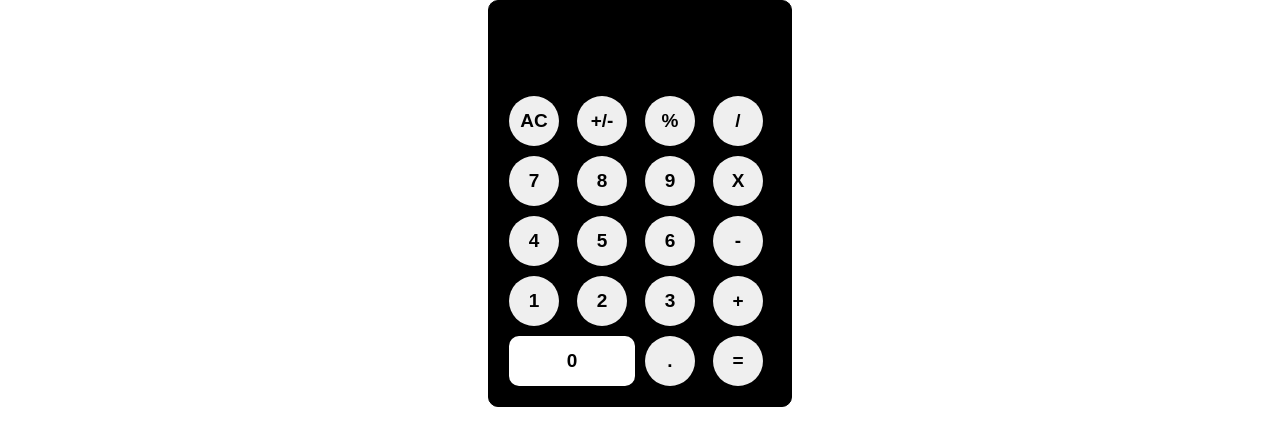
Repository: dmpelaez/calculator
Page: Calculator.html
The author's editor kept a copy of each file at every save. The page is drawn from the files as they stood at one save, then again after the next save.
The browser window is 1280 px wide. The pictures show the whole page.
After loading, the first visible `button.divide` was clicked once.

Above is the page before, as saved 2025-12-15 21:47:55.

### Calculator.html
<!DOCTYPE html>

  <html>
    <head>

      <title>Calculator</title>

      <!--CSS-->
      <link rel="stylesheet" href="Calculator.css">

    </head>
    <body>
      <!--Container-->
      <main class="container">

        <!--Sections-->
        <section class="Section">

          <!--Input section-->
          <input class="inputSection" type="text" disabled>

          <!--Btns section-->
          <div class="btnSection">
            <button class="btn cancel">AC</button>
            <button class="btn signs">+/-</button>
            <button class="btn rmnder">%</button>
            <button class="btn divide" onclick="appendNumber(' / ')">/</button>
            <button class="btn seven" onclick="appendNumber('7')">7</button>
            <button class="btn eight" onclick="appendNumber('8')">8</button>
            <button class="btn nine" onclick="appendNumber('9')">9</button>
            <button class="btn times" onclick="appendNumber(' * ')">X</button>
            <button class="btn four" onclick="appendNumber('4')">4</button>
            <button class="btn five" onclick="appendNumber('5')">5</button>
            <button class="btn six" onclick="appendNumber('6')">6</button>
            <button class="btn minus"  onclick="appendNumber(' - ')">-</button>
            <button class="btn one" onclick="appendNumber('1')">1</button>
            <button class="btn two" onclick="appendNumber('2')">2</button>
            <button class="btn three" onclick="appendNumber('3')">3</button>
            <button class="btn plus"  onclick="appendNumber(' + ')">+</button>
            <button class="btn zero" onclick="appendNumber('0')">0</button>
            <button class="btn dot" onclick="appendNumber(' . ')" >.</button>
            <button class="btn equal" onclick="appendValue()">=</button>
          </div>
        </section>


      </main>

      <script src="Calculator.js"></script>
    </body>

  </html>

### Calculator.css
body {
  margin: 0;
  padding: 0;
  box-sizing: border-box;
  display: flex;
  align-items: center;
  justify-content: center;

}

.Section {
display: flex;
flex-direction: column;
border: 1px solid black;
border-radius: 10px;
gap: 20px;
background: black;
}
.inputSection {
  color: white;
  padding: 20px;
  padding-bottom: 0px;
  display: flex;
  justify-content: end;
  height: 50px;
  align-items: center;
  font-size: 19px;
  font-weight: bold;
  background: transparent;
  border: none;

}
.btnSection {
  display: grid;
  grid-template-columns: 1fr 1fr 1fr 1fr;
  padding: 20px;
  gap: 10px;
  padding-top: 5px;
}
.btn {
  border: none;
  height: 50px;
  width: 50px;
  border-radius: 50%;
  font-weight: bold;
  Font-size: 19px;
  cursor: pointer;
}
.equal {
  grid-column: 4
}
.dot {
  grid-column: 3
}
.zero {
  grid-row: 5;
  grid-column: 1 / 2 span;
  background: white;
  width: auto;
  border-radius: 10px;
}

### Calculator.js

let answer = 0;

let currentInput = '';
let currentOperation = '';
let previousInput = '';


function appendNumber(num) {
  answer += num;


   document.querySelector('.inputSection')
  .value = `${previousInput} ${currentOperation} ${currentInput}`;


  console.log(answer);
  return;
};





document.querySelector('.cancel')
.addEventListener('click', () => {

  document.querySelector('.inputSection')
  .value = '';

})

After the next save:
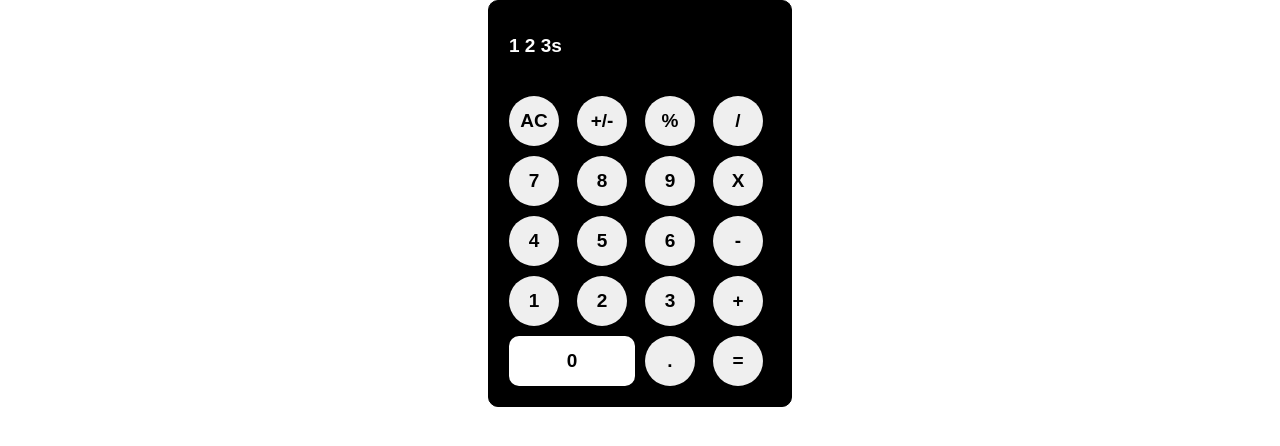
Saved 24 s later.
--- a/Calculator.js
+++ b/Calculator.js
@@ -1,9 +1,9 @@
 
 let answer = 0;
 
-let currentInput = '';
-let currentOperation = '';
-let previousInput = '';
+let currentInput = '3s';
+let currentOperation = '2';
+let previousInput = '1';
 
 
 function appendNumber(num) {
@@ -14,7 +14,7 @@
   .value = `${previousInput} ${currentOperation} ${currentInput}`;
 
 
-  console.log(answer);
+
   return;
 };
 

After the save that followed:
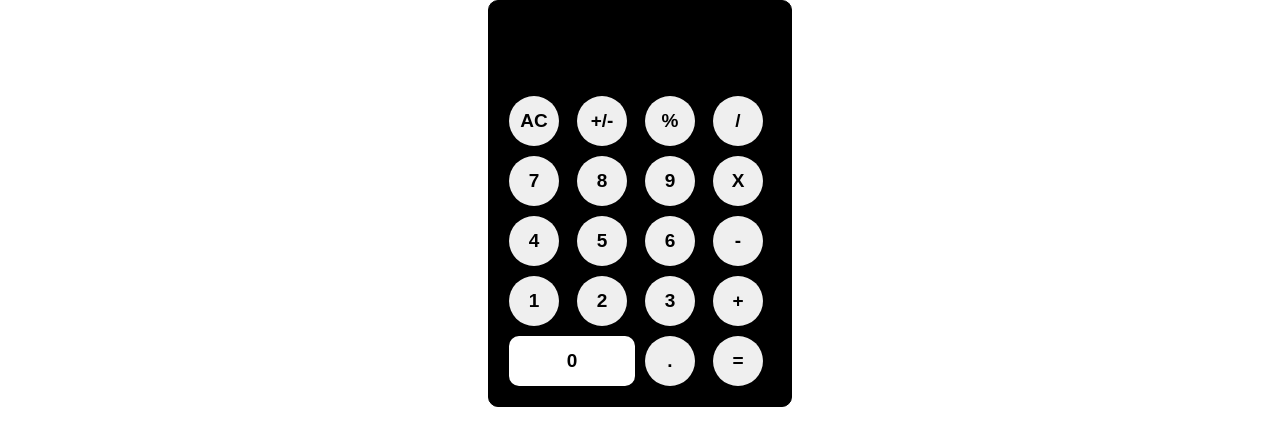
Saved 24 s later.
--- a/Calculator.js
+++ b/Calculator.js
@@ -11,7 +11,7 @@
 
 
    document.querySelector('.inputSection')
-  .value = `${previousInput} ${currentOperation} ${currentInput}`;
+  .value = ``;
 
 
 
